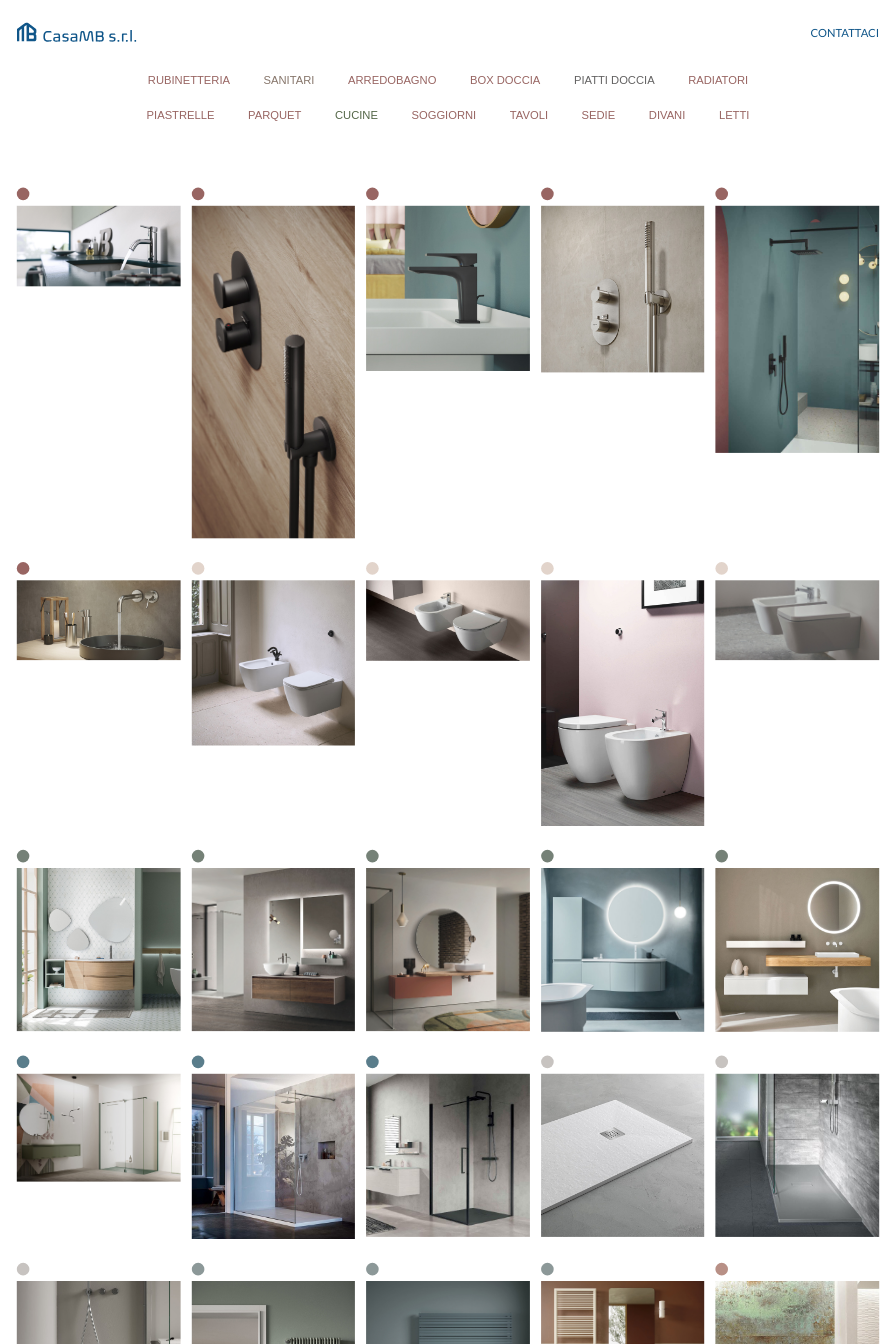
Repository: nicolorz/casamb
Page: /
These files come from the project's save history. The page is drawn as it stood at one moment and after the next save; the edit follows.
The browser window is 1280 px wide. The pictures show the part of the page from y = 0 to 1920 px (the page is 4666 px tall), at 70% of full size.
The project was rebuilt for these pictures with package versions that can differ from the ones it lists, and the page was loaded fresh each time. Also part of the build but not shown: src/index.css, src/App.css.

Above is the page before, as saved 2023-07-20 15:06:52.

### src/index.js
import React from 'react';
import ReactDOM from 'react-dom/client';
import './index.css';
import './assets/css/reset.css'
import './assets/css/style.css'
import App from './App';
import reportWebVitals from './reportWebVitals';

const root = ReactDOM.createRoot(document.getElementById('root'));
root.render(
  <React.StrictMode>
    <App />
  </React.StrictMode>
);

// If you want to start measuring performance in your app, pass a function
// to log results (for example: reportWebVitals(console.log))
// or send to an analytics endpoint. Learn more: https://bit.ly/CRA-vitals
reportWebVitals();

### src/assets/css/style.css
@import url('https://fonts.googleapis.com/css2?family=Lato:ital,wght@0,300;0,400;0,700;1,300;1,400;1,700&display=swap');

html, body {
  margin: 0;
  padding: 0;
  font-size: 16px;
  font-family: 'Lato', sans-serif;
}

.main-wrapper {
  width: 100vw;
  background-color: #fff;
  padding: 0 24px 10rem 24px;
  box-sizing: border-box;
}


a {
  position: relative;
}

a:link, a:visited {
  color: #105689;
  text-decoration: none;
}

a:hover, a:active {
  color: #105689;
  text-decoration: none;
}


a::before {
  content: "";
  position: absolute;
  display: block;
  width: 100%;
  height: 2px;
  bottom: -4px;
  left: 0;
  background-color: #105689;
  opacity: 0.8;
  transform: scaleX(0);
  transform-origin: top left;
  transition: transform 0.2s ease;
  -webkit-transition: transform 0.2s ease;
  -moz-transition: transform 0.2s ease;
  -ms-transition: transform 0.2s ease;
  -o-transition: transform 0.2s ease;
}

a:hover::before {
  transform: scaleX(1);
}

### src/App.js
import logo from './logo.svg';
import './App.css';
import  {Header} from './components/HeaderWrapper/HeaderWrapper';
import { CardWrapper } from './components/CardWrapper/CardWrapper';

function App() {

  return (
    <div className="main-wrapper">
      <Header />
      <CardWrapper />
    </div>
  );
}

export default App;

### src/components/HeaderWrapper/HeaderWrapper.js
import './Header.css'
import { HeaderBottom } from './HeaderBottom'
import { HeaderTop } from './HeaderTop'

export const Header = () => {
    return <div id="header" className="header">
        <HeaderTop />
        <HeaderBottom />
    </div>
}

### src/components/CardWrapper/CardWrapper.js
import './CardWrapper.css'
import { CardItem } from './CardItem';
import { useState, useEffect } from 'react';


const images = [
    {
        source: '/img/001-rubinetteria/rubinetteria-1.jpg',
        tag: 'rubinetteria',
        info: 'interior design'
    },
    {
        source: '/img/001-rubinetteria/rubinetteria-2.jpg',
        tag: 'rubinetteria',
        info: 'interior design'
    },
    {
        source: '/img/001-rubinetteria/rubinetteria-3.jpg',
        tag: 'rubinetteria',
        info: 'interior design'
    },
    {
        source: '/img/001-rubinetteria/rubinetteria-4.jpg',
        tag: 'rubinetteria',
        info: 'interior design'
    },
    {
        source: '/img/001-rubinetteria/rubinetteria-5.jpg',
        tag: 'rubinetteria',
        info: 'interior design'
    },
    {
        source: '/img/001-rubinetteria/rubinetteria-6.jpg',
        tag: 'rubinetteria',
        info: 'interior design'
    },
    {
        source: '/img/002-sanitari/sanitari-1.jpg',
        tag: 'sanitari',
        info: 'interior design'
    },
    {
        source: '/img/002-sanitari/sanitari-2.jpg',
        tag: 'sanitari',
        info: 'interior design'
    },
    {
        source: '/img/002-sanitari/sanitari-3.jpg',
        tag: 'sanitari',
        info: 'interior design'
    },
    {
        source: '/img/002-sanitari/sanitari-4.jpg',
        tag: 'sanitari',
        info: 'interior design'
    },
    {
        source: '/img/003-arredobagno/arredobagno-1.jpg',
        tag: 'arredobagno',
        info: 'interior design'
    },
    {
        source: '/img/003-arredobagno/arredobagno-2.jpg',
        tag: 'arredobagno',
        info: 'interior design'
    },
    {
        source: '/img/003-arredobagno/arredobagno-3.jpg',
        tag: 'arredobagno',
        info: 'interior design'
    },
    {
        source: '/img/003-arredobagno/arredobagno-4.jpg',
        tag: 'arredobagno',
        info: 'interior design'
    },
    {
        source: '/img/003-arredobagno/arredobagno-5.jpg',
        tag: 'arredobagno',
        info: 'interior design'
    },
    {
        source: '/img/004-box-doccia/box-doccia-1.jpg',
        tag: 'boxdoccia',
        info: 'interior design'
    },
    {
        source: '/img/004-box-doccia/box-doccia-2.jpg',
        tag: 'boxdoccia',
        info: 'interior design'
    },
    {
        source: '/img/004-box-doccia/box-doccia-3.jpg',
        tag: 'boxdoccia',
        info: 'interior design'
    },
    {
        source: '/img/005-piatti-doccia/piatti-doccia-1.jpg',
        tag: 'piattidoccia',
        info: 'interior design'
    },
    {
        source: '/img/005-piatti-doccia/piatti-doccia-2.jpg',
        tag: 'piattidoccia',
        info: 'interior design'
    },
    {
        source: '/img/005-piatti-doccia/piatti-doccia-3.jpg',
        tag: 'piattidoccia',
        info: 'interior design'
    },
    {
        source: '/img/006-radiatori/radiatori-1.jpg',
        tag: 'radiatori',
        info: 'interior design'
    },
    {
        source: '/img/006-radiatori/radiatori-2.jpg',
        tag: 'radiatori',
        info: 'interior design'
    },
    {
        source: '/img/006-radiatori/radiatori-3.jpg',
        tag: 'radiatori',
        info: 'interior design'
    },
    {
        source: '/img/007-piastrelle/piastrelle-1.jpg',
        tag: 'piastrelle',
        info: 'interior design'
    },
    {
        source: '/img/007-piastrelle/piastrelle-2.jpg',
        tag: 'piastrelle',
        info: 'interior design'
    },
    {
        source: '/img/007-piastrelle/piastrelle-3.jpg',
        tag: 'piastrelle',
        info: 'interior design'
    },
    {
        source: '/img/007-piastrelle/piastrelle-4.jpg',
        tag: 'piastrelle',
        info: 'interior design'
    },
    {
        source: '/img/008-parquet/parquet-1.jpg',
        tag: 'parquet',
        info: 'interior design'
    },
    {
        source: '/img/008-parquet/parquet-2.jpg',
        tag: 'parquet',
        info: 'interior design'
    },
    {
        source: '/img/008-parquet/parquet-3.jpg',
        tag: 'parquet',
        info: 'interior design'
    },
    {
        source: '/img/008-parquet/parquet-4.jpg',
        tag: 'parquet',
        info: 'interior design'
    },
    {
        source: '/img/008-parquet/parquet-5.jpg',
        tag: 'parquet',
        info: 'interior design'
    },
    {
        source: '/img/008-parquet/parquet-6.jpg',
        tag: 'parquet',
        info: 'interior design'
    },
    {
        source: '/img/009-cucine/cucine-1.jpg',
        tag: 'cucine',
        info: 'interior design'
    },
    {
        source: '/img/009-cucine/cucine-2.jpg',
        tag: 'cucine',
        info: 'interior design'
    },
    {
        source: '/img/009-cucine/cucine-3.jpg',
        tag: 'cucine',
        info: 'interior design'
    },
    {
        source: '/img/010-soggiorni/soggiorni-1.jpg',
        tag: 'soggiorni',
        info: 'interior design'
    },
    {
        source: '/img/010-soggiorni/soggiorni-2.jpg',
        tag: 'soggiorni',
        info: 'interior design'
    },
    {
        source: '/img/010-soggiorni/soggiorni-3.jpg',
        tag: 'soggiorni',
        info: 'interior design'
    },
    {
        source: '/img/011-tavoli/tavoli-1.jpg',
        tag: 'tavoli',
        info: 'interior design'
    },
    {
        source: '/img/011-tavoli/tavoli-2.jpg',
        tag: 'tavoli',
        info: 'interior design'
    },
    {
        source: '/img/011-tavoli/tavoli-3.jpg',
        tag: 'tavoli',
        info: 'interior design'
    },
    {
        source: '/img/012-sedie/sedie-1.jpg',
        tag: 'sedie',
        info: 'interior design'
    },
    {
        source: '/img/012-sedie/sedie-2.jpg',
        tag: 'sedie',
        info: 'interior design'
    },
    {
        source: '/img/012-sedie/sedie-3.jpg',
        tag: 'sedie',
        info: 'interior design'
    },
    {
        source: '/img/013-divani/divani-1.jpg',
        tag: 'divani',
        info: 'interior design'
    },
    {
        source: '/img/013-divani/divani-2.jpg',
        tag: 'divani',
        info: 'interior design'
    },
    {
        source: '/img/014-letti/letti-1.jpg',
        tag: 'letti',
        info: 'interior design'
    },
    {
        source: '/img/014-letti/letti-2.jpg',
        tag: 'letti',
        info: 'interior design'
    },
]

export const CardWrapper = () => {
    const [headerHeight, setHeaderHeight] = useState(0)
    useEffect(() => {
        const handler = () => {
            let m = 96;

            if(window.innerWidth >= 1240) {
                m = 96;
            } else if (window.innerWidth >= 996) {
                m = 96;
            } else if (window.innerWidth >= 768) {
                m = 96;
            }

            const el = document.getElementById("header");
            setHeaderHeight(el.offsetHeight + m);
        }
        window.addEventListener('resize', handler);
        handler();

        return () => {
            window.removeEventListener('resize', handler);
        }
    }, [])

    return (
        <div className="card-wrapper" style={{marginTop: headerHeight}}>
            {images.map((img) => {
                return (
                    <CardItem
                    key={img.source}
                    card={img}
                 />
                )
            })}
        </div>
    )
};

### src/components/HeaderWrapper/Header.css
.header {
    width: 100vw;
    padding: 0 24px;
    box-sizing: border-box;
    position: fixed;
    top: 0;
    left: 0;
}

.header-top {
    width: 100%;
    display: flex;
    flex-flow: row nowrap;
    justify-content: space-between;
    align-items: center;
}

.header-top_logo {
    padding: 2rem 0;
}

.header-bottom {
    width: 100%;
    display: flex;
    flex-flow: column nowrap;
    align-items: center;
}

.sorting-area {
    max-width: 996px;
    display: flex;
    flex-flow: row wrap;
    justify-content: center;
    gap: 0.5rem;
}

### src/components/HeaderWrapper/HeaderBottom.js
import { SortingBtn } from "../SortingBtn/Sortingbtn"

export const sortingButtons = [
    {
        tag: 'rubinetteria',
        label: 'rubinetteria',
        backgroundColor: '#986562',
    },
    {
        tag: 'sanitari',
        label: 'sanitari',
        backgroundColor: '#E2D4CB',
        textColor: '#86756A'
    },
    {
        tag: 'arredobagno',
        label: 'arredobagno',
        backgroundColor: '#758177',
    },
    {
        tag: 'boxdoccia',
        label: 'box doccia',
        backgroundColor: '#5A7D8B',
    },
    {
        tag: 'piattidoccia',
        label: 'piatti doccia',
        backgroundColor: '#C7C3C0',
        textColor: '#636262'
    },
    {
        tag: 'radiatori',
        label: 'radiatori',
        backgroundColor: '#8C9898',
    },
    {
        tag: 'piastrelle',
        label: 'piastrelle',
        backgroundColor: '#B89086',
    },
    {
        tag: 'parquet',
        label: 'parquet',
        backgroundColor: '#C6A47E',
    },
    {
        tag: 'cucine',
        label: 'cucine',
        backgroundColor: '#A8BD9B',
        textColor: '#536647'
    },
    {
        tag: 'soggiorni',
        label: 'soggiorni',
        backgroundColor: '#52625F',
    },
    {
        tag: 'tavoli',
        label: 'tavoli',
        backgroundColor: '#959796',
    },
    {
        tag: 'sedie',
        label: 'sedie',
        backgroundColor: '#AC968B',
    },
    {
        tag: 'divani',
        label: 'divani',
        backgroundColor: '#897C74',
    },
    {
        tag: 'letti',
        label: 'letti',
        backgroundColor: '#A2725E',
    },
];

export const HeaderBottom = () => {
    return (
        <div className="header-bottom">
            <div className="sorting-area">
                {sortingButtons.map((el) => {
                    return (
                        <SortingBtn key={el.tag} button={el} />
                    )
                })}
            </div>
        </div>
    )
}

### src/components/HeaderWrapper/HeaderTop.js
import logo from './logo-casaMB.svg';

export const HeaderTop = () => {
    return <div className="header-top">
        <div className="header-top_logo">
            <a href="*" target="_self">
                <img src={logo} alt="logo" />
            </a>
        </div>
        <a href="*" target="_self">CONTATTACI</a>
    </div>
}

### src/components/CardWrapper/CardWrapper.css
.card-wrapper {
    width: 100%;
    display: grid;
    grid-template-columns: repeat(5, 1fr);
    row-gap: 2rem;
    column-gap: 1rem;
}

### src/components/CardWrapper/CardItem.js
import './CardItem.css'

export const colorCodes = {
    rubinetteria: '#986562',
    sanitari: '#E2D4CB',
    arredobagno: '#758177',
    boxdoccia: '#5A7D8B',
    piattidoccia: '#C7C3C0',
    radiatori: '#8C9898',
    piastrelle: '#B89086',
    parquet: '#C6A47E',
    cucine: '#A8BD9B',
    soggiorni: '#52625F',
    tavoli: '#959796',
    sedie: '#AC968B',
    divani: '#897C74',
    letti: '#A2725E'
}

export const CardItem = ({card}) => {
    return (
        <div className="card-item">
            <div
                className="cat"
                style={{backgroundColor: colorCodes[card.tag]}}
            />
            <img src={card.source} alt={card.info} />
        </div>
    )
}

### src/components/SortingBtn/Sortingbtn.js
import './Sortingbtn.css'
import { colorCodes } from "../CardWrapper/CardItem";

export const SortingBtn = ({button}) => {
    return (
        <button
        className="sorting-btn disabled"
        style={{
            backgroundColor: colorCodes[button.tag],
            // color: button.color ? '#fff' : button.textColor
            color: button.textColor ?? 'fff'
        }}
        >
            {button.label.toUpperCase()}
        </button>
    )
};

### src/components/CardWrapper/CardItem.css
.card-item {
    width: 100%;
}

.card-item > .cat {
    width: 18px;
    height: 18px;
    background-color: #986562;
    border-radius: 50%;
    -webkit-border-radius: 50%;
    -moz-border-radius: 50%;
    -ms-border-radius: 50%;
    -o-border-radius: 50%;
}

.card-item > img {
    width: 100%;
    margin-top: 0.5rem;
}

### src/components/SortingBtn/Sortingbtn.css
.sorting-btn {
    background-color: #62A1FF;
    color: #fff;
    padding: 12px 20px;
    border: none;
    border-radius: 50px;
    -webkit-border-radius: 50px;
    -moz-border-radius: 50px;
    -ms-border-radius: 50px;
    -o-border-radius: 50px;
    font-size: 16px;
    cursor: pointer;
    transition: all 0.2s;
    -webkit-transition: all 0.2s;
    -moz-transition: all 0.2s;
    -ms-transition: all 0.2s;
    -o-transition: all 0.2s;
}

/* .sorting-btn:hover {
    background-color: #4B84DA !important;
} */

.disabled {
    background-color: #fff !important;
    border: 0;
    color: #986562;
}

Loaded but not shown: public/index.html (common file); src/assets/css/reset.css (common file); src/reportWebVitals.js (common file)

After the next save:
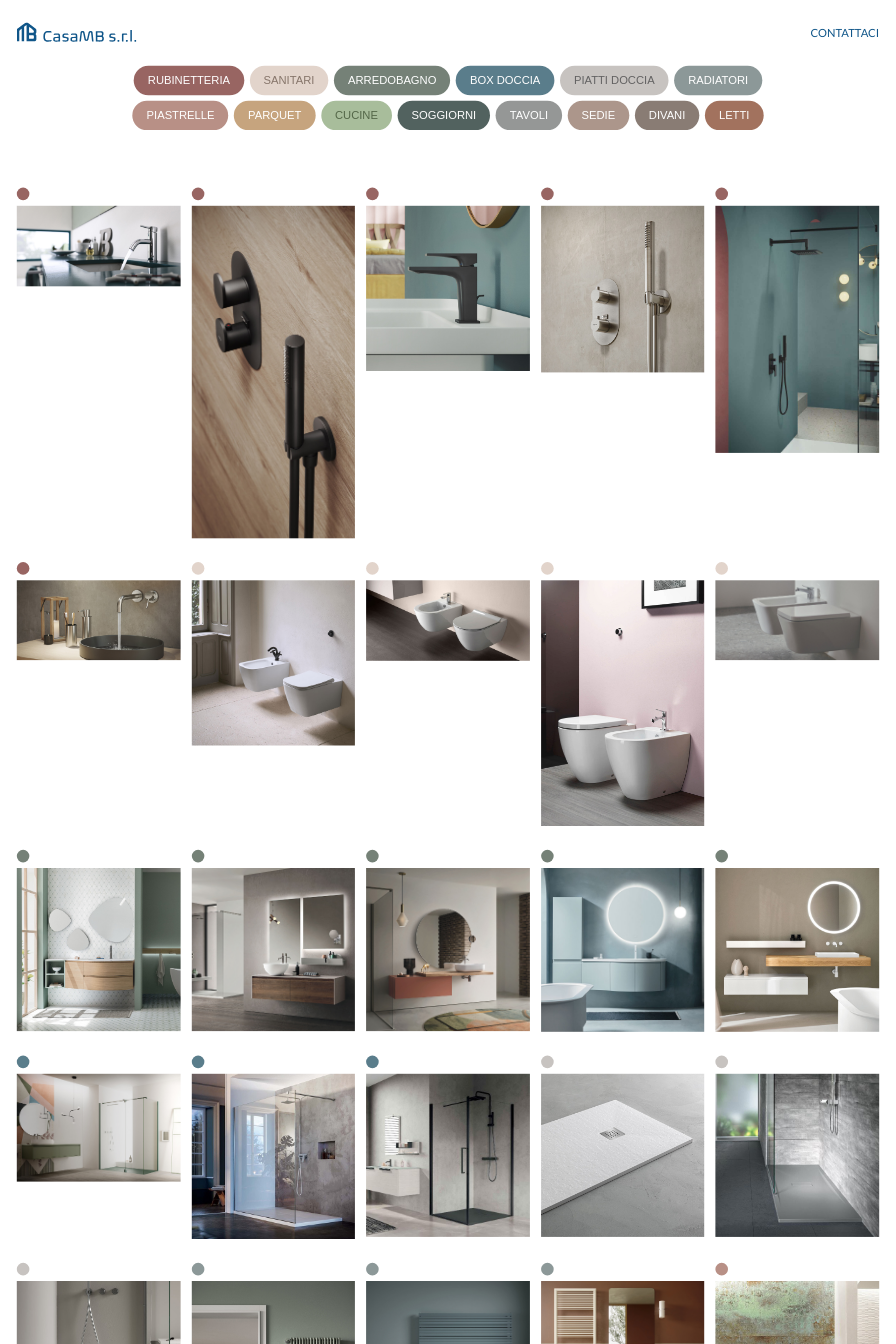
Saved 9 s later.
--- a/src/components/SortingBtn/Sortingbtn.css
+++ b/src/components/SortingBtn/Sortingbtn.css
@@ -20,9 +20,3 @@
 /* .sorting-btn:hover {
     background-color: #4B84DA !important;
 } */
-
-.disabled {
-    background-color: #fff !important;
-    border: 0;
-    color: #986562;
-}
